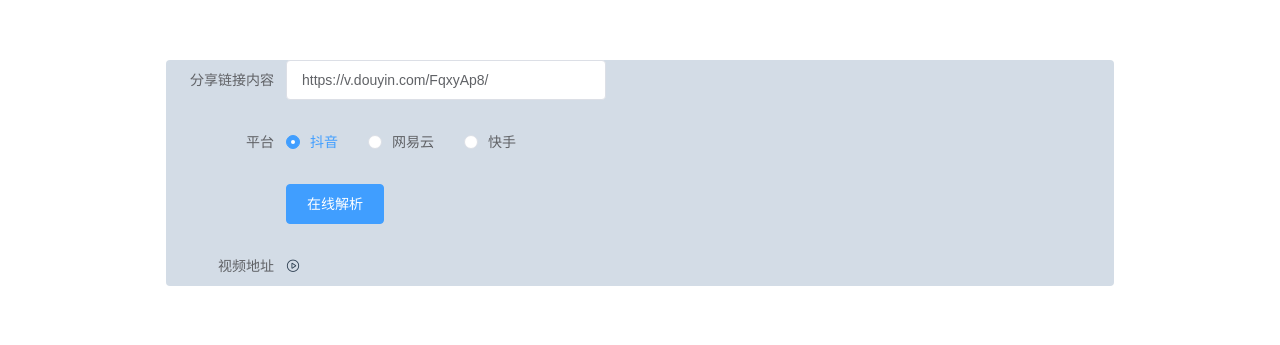
Repository: lyln/freepd
Page: / (app in frontend/freepd/)
An editor plug-in stored every save of this project. The page is shown before and after the next save, followed by the edit.
The browser window is 1280 px wide. The pictures show the whole page.
The project was rebuilt for these pictures with package versions that can differ from the ones it lists, and the page was loaded fresh each time.

Above is the page before, as saved 2022-05-26 09:28:52.

After the next save:
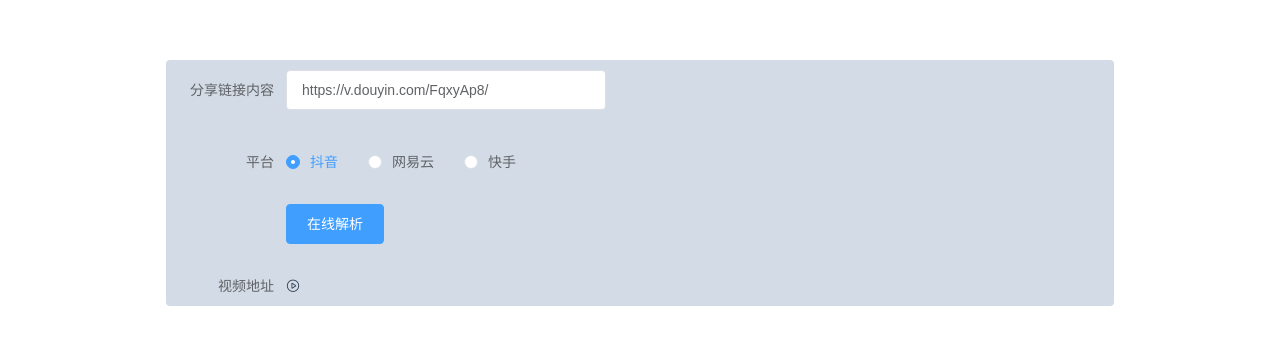
Saved 92 s later.
--- a/frontend/freepd/src/components/HelloWorld.vue
+++ b/frontend/freepd/src/components/HelloWorld.vue
@@ -3,7 +3,7 @@
 		<el-col :span="18">
 			<div class="grid-content bg-purple">
 				<el-form ref="form" :model="form" label-width="120px" class="fpd-form">
-					<el-form-item label="分享链接内容" style="panding-top: 20px;">
+					<el-form-item label="分享链接内容" style="padding: 10px 0;">
 						<el-input v-model="form.url"></el-input>
 					</el-form-item>
 					<el-form-item label="平台" label-width="120px">
